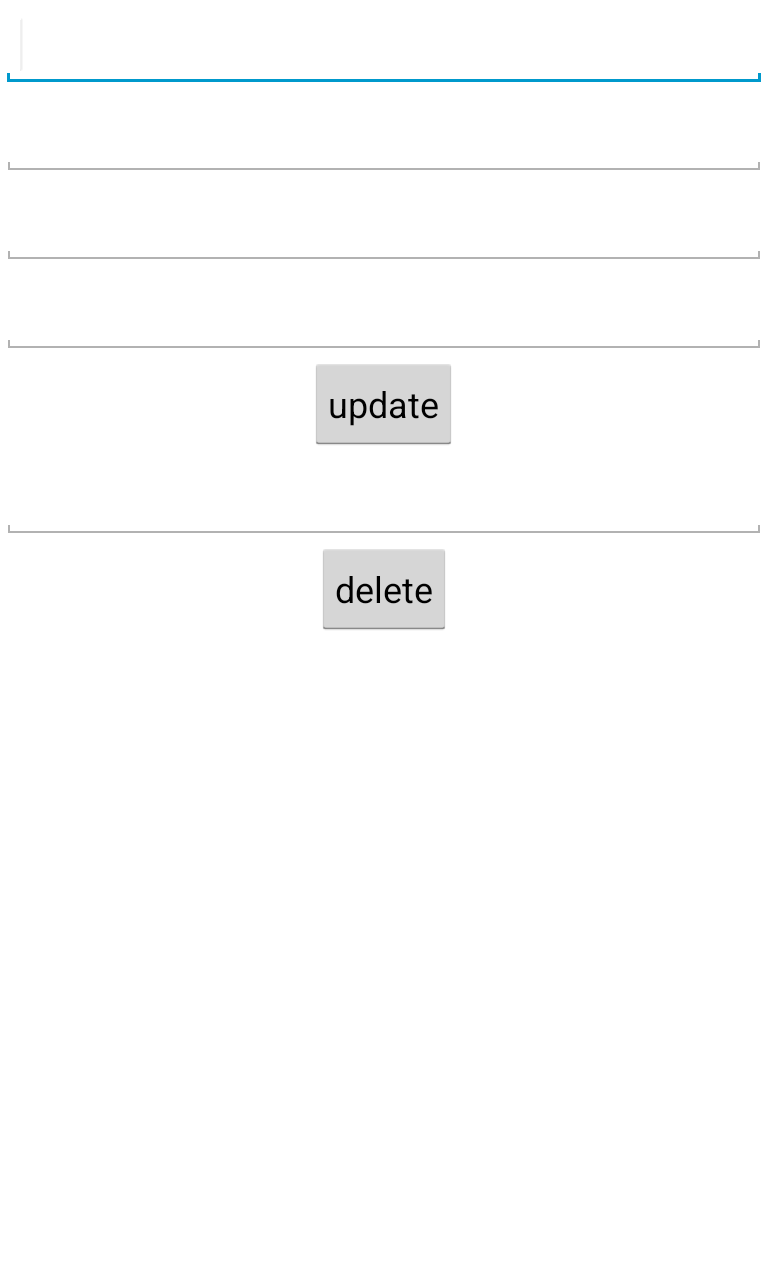
Repository: droidexample/some-practises-sample-example
Layout: VollayWebServiceDemo/res/layout/activity_update.xml
An editor plug-in stored every save of this project. The layout is shown before and after the next save, followed by the edit.
It is drawn on a 768 x 1280 px phone screen (xhdpi) without system bars, with theme AppTheme; the app's code is not run.

Above is the layout before, as saved 2015-06-20 23:14:02.

After the next save:
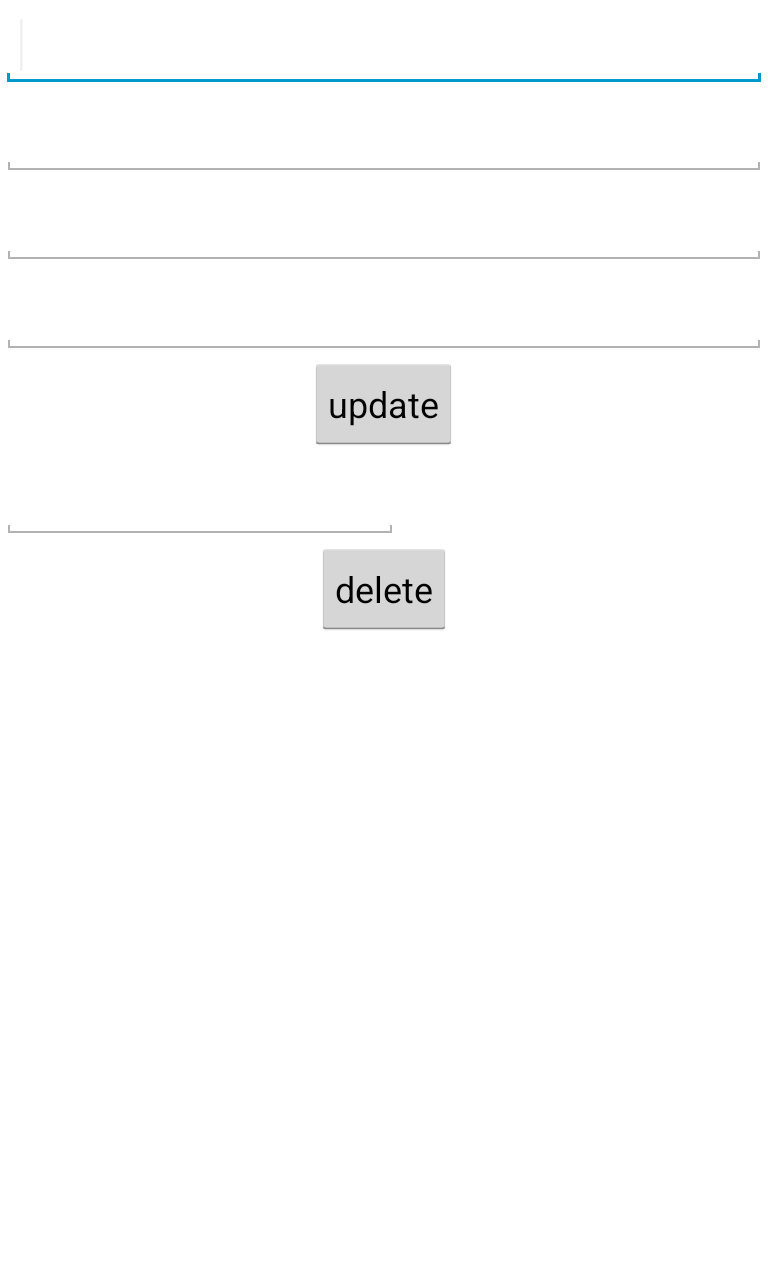
Saved 12 s later.
--- a/VollayWebServiceDemo/res/layout/activity_update.xml
+++ b/VollayWebServiceDemo/res/layout/activity_update.xml
@@ -54,7 +54,7 @@
 
     <EditText
         android:id="@+id/upAddress"
-        android:layout_width="match_parent"
+        android:layout_width="200dp"
         android:layout_height="wrap_content"
         android:ems="10"
         android:inputType="textPersonName"
